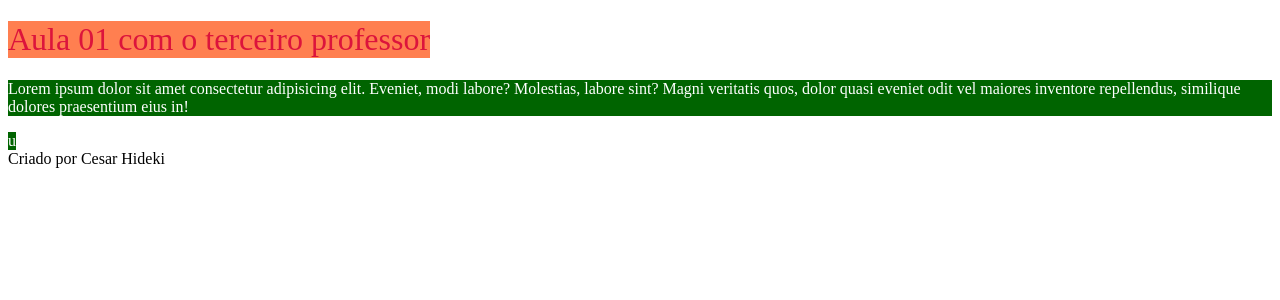
Repository: geracao-11/aula-01-pt2
Page: index.html
These files come from the project's save history. The page is drawn as it stood at one moment and after the next save; the edit follows.
The browser window is 1280 px wide. The pictures show the whole page.

Above is the page before, as saved 2025-04-09 10:22:33.

After the next save:
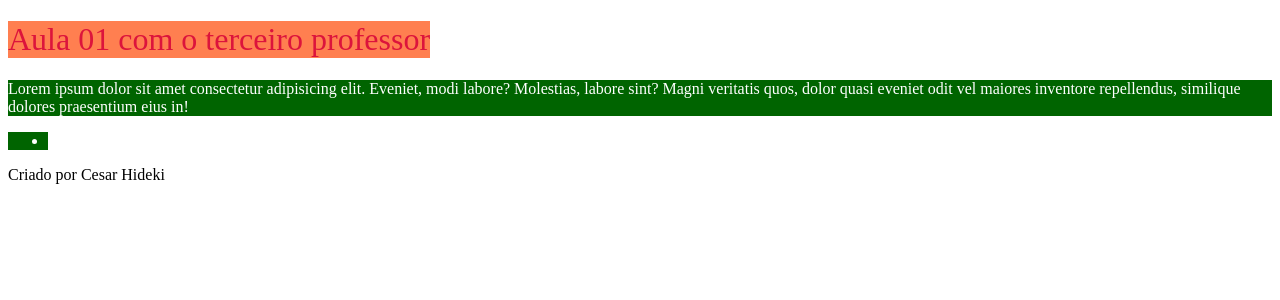
Saved 5 s later.
--- a/index.html
+++ b/index.html
@@ -14,7 +14,11 @@
         <p>Lorem ipsum dolor sit amet consectetur adipisicing elit. Eveniet, modi labore? Molestias, labore sint? Magni veritatis quos, dolor quasi eveniet odit vel maiores inventore repellendus, similique dolores praesentium eius in!</p>
       </div>
       <div>
-        u
+        <ul>
+            <li>
+                <a href=""></a>
+            </li>
+        </ul>
       </div>
     </main>
     <footer>Criado por Cesar Hideki</footer>
